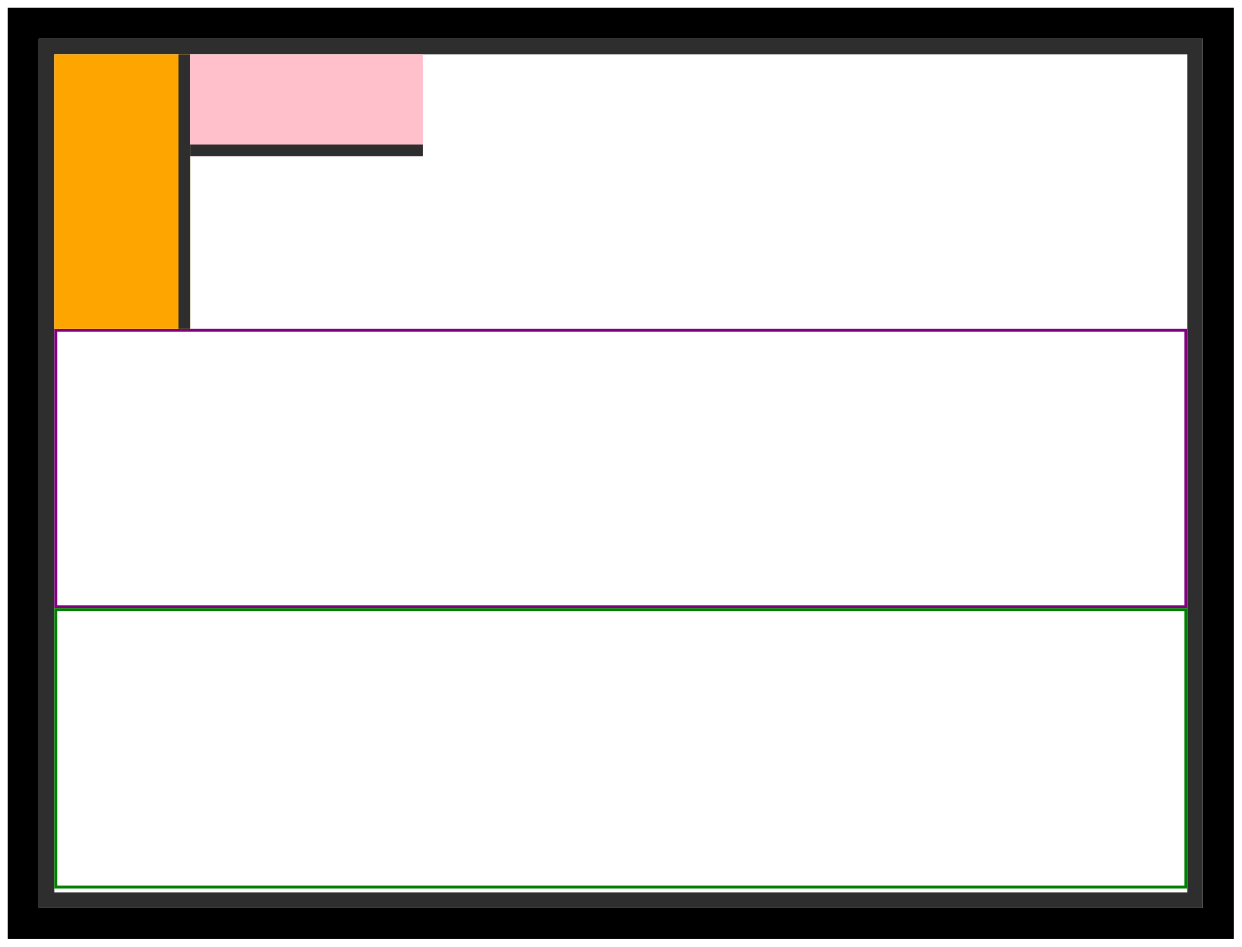
Repository: Tsardines/mondrian
Page: index.html
The author's editor kept a copy of each file at every save. The page is drawn from the files as they stood at one save, then again after the next save.
The browser window is 1280 px wide. The pictures show the whole page, at 97% of full size.
Some web fonts or font styles are not loaded; a fallback is used.

Above is the page before, as saved 2019-10-20 16:18:25.

### index.html
<!DOCTYPE html>
<html>
  <head>
    <meta charset="UTF-8">
  <meta http-equiv="X-UA-Compatible" content="IE=edge,chrome=1">
  <meta name="viewport" content="width=device-width,initial-scale=1">
    <title>title</title>
  <meta name="author" content="name">
  <meta name="description" content="description here">
  <meta name="keywords" content="keywords,here">
  <link rel="stylesheet" href="//fonts.googleapis.com/css?family=font1|font2|etc" type="text/css">
  <link rel="stylesheet" href="styles.css" type="text/css">
  </head>
  <body>

    <div id="canvas">
        <div class="grid__container">
            <div class="grid__top">
                <div class="rect--vert"></div>
                <div class="rect--hori"></div>


            </div>
            <div class="grid__middle">



            </div>
            <div class="grid__bottom">



            </div>
    </div>
</div>

  </body>
</html>

### styles.css
#canvas {
    border: 2rem solid black;
    /* display: block; */
    height: 56rem;
}

.grid__container {
    border: 1rem solid rgb(46, 46, 46);
    height: 54rem;
}

.grid__top {
    /* border: 3px solid red; */
    display: flex;
    height: 32.7%;
}

.grid__middle {
    border: 3px solid purple;
    height: 32.7%;
}

.grid__bottom {
    border: 3px solid green;
    height: 32.7%;
}

.rect--vert {
    background-color: orange;
    border-right: 0.75rem solid rgb(46, 46, 46);
    height: 100%;
    width: 8rem;
}

.rect--hori {
    background-color: pink;
    border-bottom: 0.75rem solid rgb(46, 46, 46);
    height: 33%;
    width: 15rem;
}

After the next save:
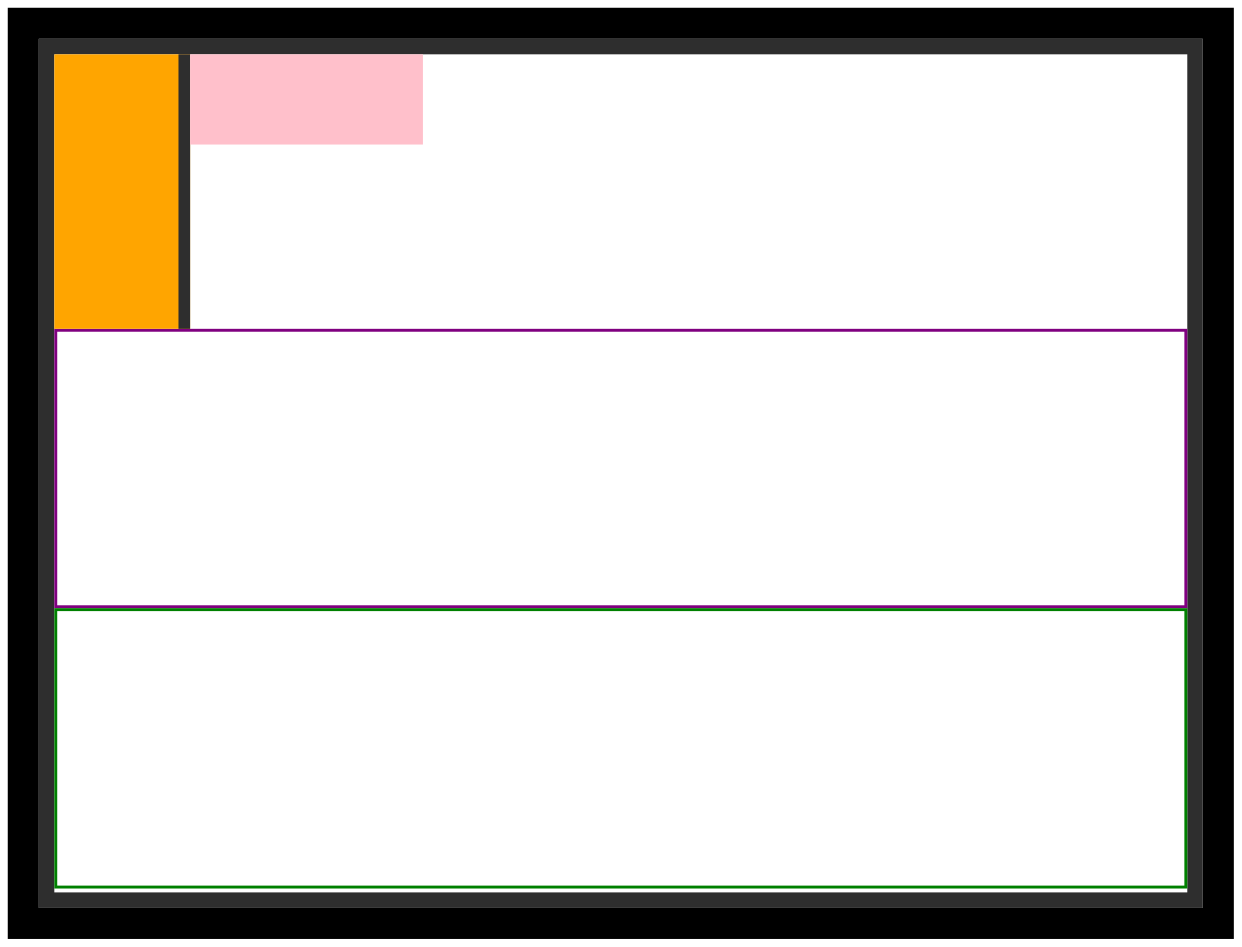
Saved 9 s later.
--- a/styles.css
+++ b/styles.css
@@ -34,7 +34,8 @@
 
 .rect--hori {
     background-color: pink;
-    border-bottom: 0.75rem solid rgb(46, 46, 46);
+    border-bottom,
+    border-right: 0.75rem solid rgb(46, 46, 46);
     height: 33%;
     width: 15rem;
 }
